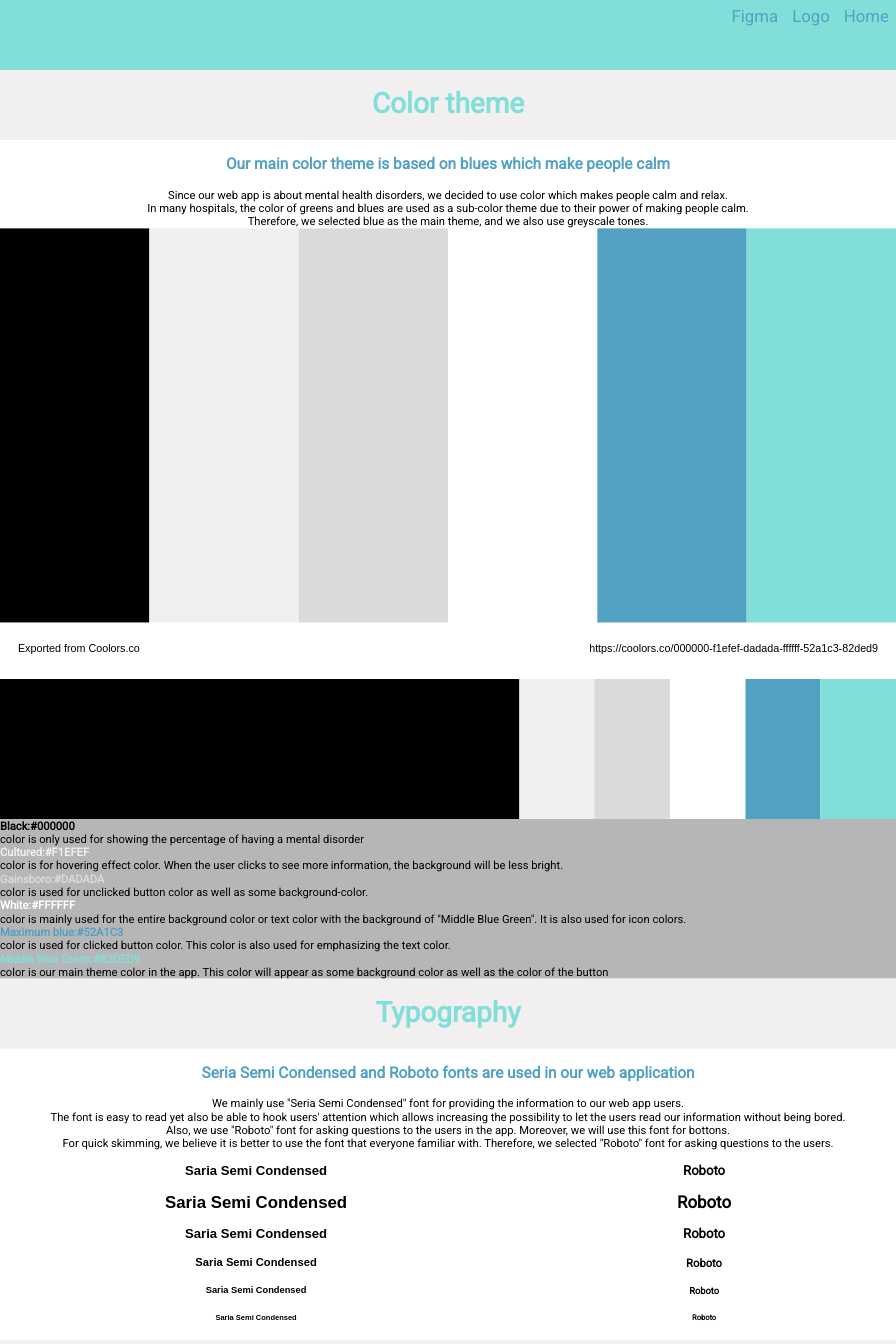
Repository: zzs1/style-guide
Page: style guide/Chisaki_styleGuide_part2/index.html
An editor plug-in stored every save of this project. The page is shown before and after the next save, followed by the edit.
The browser window is 1280 px wide. The pictures show the part of the page from y = 0 to 1920 px (the page is 2842 px tall), at 70% of full size.
Some web fonts or font styles are not loaded; a fallback is used.

Above is the page before, as saved 2021-03-23 21:13:51.

After the next save:
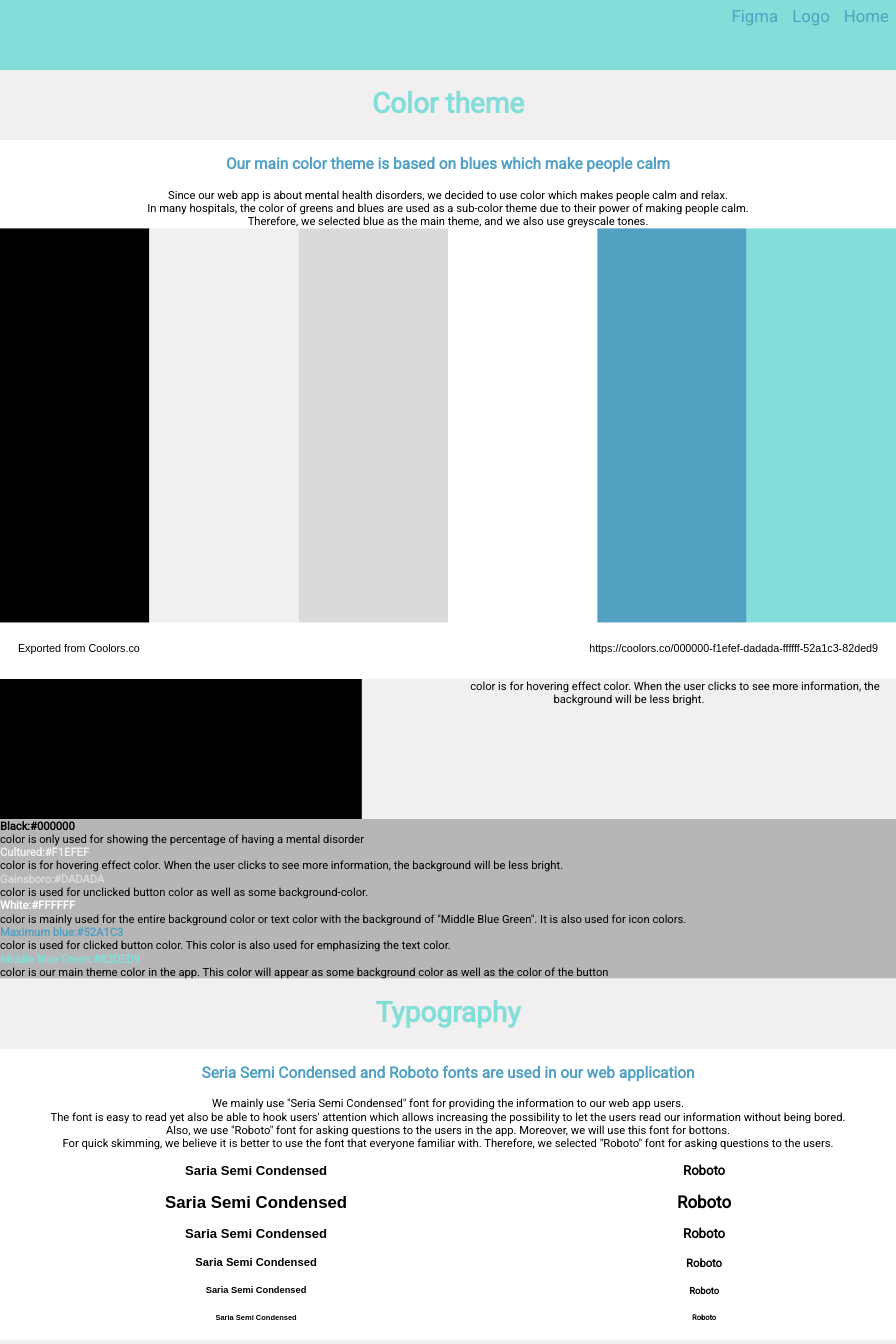
Saved 12 s later.
--- a/style guide/Chisaki_styleGuide_part2/index.html
+++ b/style guide/Chisaki_styleGuide_part2/index.html
@@ -40,7 +40,7 @@
             </div>
             <!--cultured-->
             <div class="cultured pallet" style="background-color: #F1EFEF;">
-
+              <strong style="color:#F1EFEF;">Cultured:#F1EFEF</strong> color is for hovering effect color. When the user clicks to see more information, the background will be less bright.<br>
             </div>
             <div class="gainsboro pallet" style="background-color: #DADADA;"></div>
             <div class="white pallet" style="background-color: #FFFFFF;"></div>
